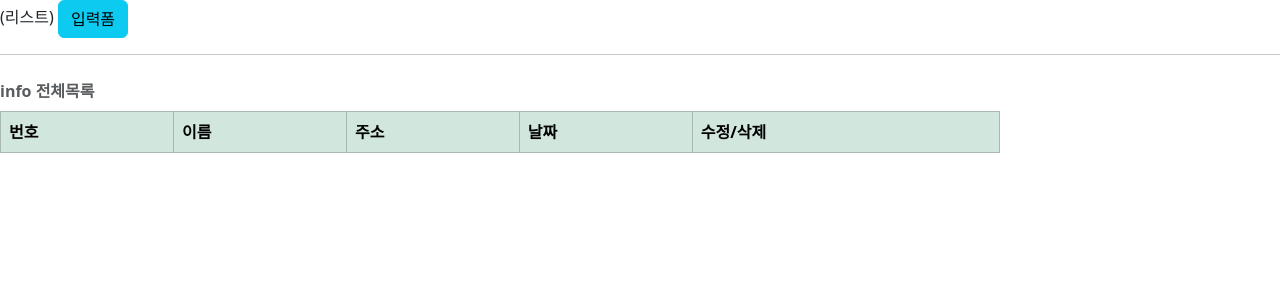
Repository: GANADAG/jspProject
Page: http://localhost/JspProject/info/list.jsp
The author's editor kept a copy of each file at every save. The page is drawn from the files as they stood at one save, then again after the next save.
The browser window is 1280 px wide. The pictures show the whole page.
Some web fonts or font styles are not loaded; a fallback is used. The page is served by Tomcat 9. Other server files are loaded and not shown. Queries for data that is not in the repository find no rows.

Above is the page before, as saved 2024-02-29 05:08:25.

### JspProject/src/main/webapp/info/list.jsp
<%@page import="java.text.SimpleDateFormat"%>
<%@page import="info.model.InfoDto"%>
<%@page import="java.util.Vector"%>
<%@page import="info.model.InfoDao"%>
<%@ page language="java" contentType="text/html; charset=UTF-8"
    pageEncoding="UTF-8"%>
<!DOCTYPE html>
<html>
<head>
<meta charset="UTF-8">
<link href="https://cdn.jsdelivr.net/npm/bootstrap@5.3.2/dist/css/bootstrap.min.css" rel="stylesheet">
<link href="https://fonts.googleapis.com/css2?family=Diphylleia&family=Dongle&family=Noto+Sans+KR:wght@100..900&family=Orbit&family=Stylish&display=swap" rel="stylesheet">
<script src="https://code.jquery.com/jquery-3.7.0.js"></script>

<title>Insert title here</title>
</head>
<%
	InfoDao dao=new InfoDao();
	Vector<InfoDto> list=dao.getAllDatas();
	SimpleDateFormat sdf=new SimpleDateFormat("yyyy년 mm월 dd일");

%>
<body>
(리스트)
	<button type="button" class="btn btn-info"
	onclick="location.href='addform.jsp'">입력폼</button>

	<hr>
	<table class="table table-bordered" style="width:1000px;">
		<caption align="top"><b>info 전체목록</b></caption>
		<tr class="table-success">
			<th wigth="80">번호</th>
			<th wigth="120">이름</th>
			<th wigth="350">주소</th>
			<th wigth="80">날짜</th>
			<th wigth="80">수정/삭제</th>
		</tr>
		<%
		for(int i=0;i<list.size();i++)
		{
		InfoDto dto	=list.get(i);
		%>
			<tr>
			<td align="center"><%=i+1 %></td>
			<td><%=dto.getName() %></td>
			<td><%=dto.getAddr() %></td>
			<td><%=dto.getSdate() %></td>
			<td><%=sdf.format(dto.getSdate()) %><td>
				<button type="button" class="btn btn-info btn-sm" onclick="location.href=''">수정</button>
				<button type="button" class="btn btn-danger btn-sm" onclick="location.href=''">삭제</button>
			</td>

			</tr>
		<%}
		%>
	</table>
</body>
</html>

### JspProject/src/main/java/info/model/InfoDao.java
package info.model;

import java.sql.Connection;
import java.sql.PreparedStatement;
import java.sql.ResultSet;
import java.sql.SQLException;
import java.util.Vector;

import oracle.db.DbConnect;

public class InfoDao {

	DbConnect db=new DbConnect();

	public void infoInsert(InfoDto dto)
	{
		Connection conn=db.getConnection();
		PreparedStatement pstmt=null;

		String sql="insert into info values(seq_1.nextval,?,?,sysdate)";

		try {
			pstmt=conn.prepareStatement(sql);

			//?바인딩 해주기
			pstmt.setString(1, dto.getName());
			pstmt.setString(2, dto.getAddr());

			//업데이트
			pstmt.execute();
		} catch (SQLException e) {
			// TODO Auto-generated catch block
			e.printStackTrace();
		}finally {
			db.dbClose(pstmt, conn);
		}
	}

	//전체데이터 조회
	public Vector<InfoDto> getAllDatas()
	{
		Vector<InfoDto> list=new Vector<InfoDto>();

		Connection conn=db.getConnection();
		PreparedStatement pstmt=null;
		ResultSet rs=null;

		String sql="select * from info order by num";

		try {
			pstmt=conn.prepareStatement(sql);
			rs=pstmt.executeQuery();

			//여러개의 데이타 얻을땐 while
			while(rs.next())
			{
				InfoDto dto=new InfoDto();

				dto.setNum(rs.getString("num"));
				dto.setName(rs.getString("name"));
				dto.setAddr(rs.getString("addr"));
				dto.setSdate(rs.getTimestamp("sdate"));

				//벡터에 추가
				list.add(dto);
			}
		} catch (SQLException e) {
			// TODO Auto-generated catch block
			e.printStackTrace();
		}finally {
			db.dbClose(rs, pstmt, conn);
		}
		return list;
	}
}

### JspProject/src/main/java/oracle/db/DbConnect.java
package oracle.db;

import java.sql.Connection;
import java.sql.DriverManager;
import java.sql.PreparedStatement;
import java.sql.ResultSet;
import java.sql.SQLException;
import java.sql.Statement;

public class DbConnect {

   static final String ORACLEDRIVER="oracle.jdbc.OracleDriver";
   static final String ORACLE_URL="jdbc:oracle:thin:@localhost:1521:XE";



   public DbConnect() {

      try {
         Class.forName(ORACLEDRIVER);
         System.out.println("드라이버성공");
      } catch (ClassNotFoundException e) {
         // TODO Auto-generated catch block
         System.out.println("오라클드라이버 실패"+ e.getMessage());
      }

   }

   public Connection getConnection()
   {
      Connection conn=null;

      try {
         conn=DriverManager.getConnection(ORACLE_URL, "dlguswn", "a1234");
         System.out.println("오라클연결성공");
      } catch (SQLException e) {
         // TODO Auto-generated catch block
         e.printStackTrace();
         System.out.println("오라클연결실패: "+ e.getMessage());
      }

      return conn;

   }
   //close 총 4개 오버로딩
   public void dbClose(ResultSet rs,Statement stmt,Connection conn)
   {

		try {
			 if(rs!=null) rs.close();
			 if(stmt!=null) stmt.close();
			 if(conn!=null) conn.close();
		} catch (SQLException e) {
			// TODO Auto-generated catch block
			e.printStackTrace();
		}
   }

   public void dbClose(Statement stmt,Connection conn)
   {

		try {

			 if(stmt!=null) stmt.close();
			 if(conn!=null) conn.close();
		} catch (SQLException e) {
			// TODO Auto-generated catch block
			e.printStackTrace();
		}
   }

   public void dbClose(ResultSet rs,PreparedStatement pstmt,Connection conn)
   {

		try {
			 if(rs!=null) rs.close();
			 if(pstmt!=null) pstmt.close();
			 if(conn!=null) conn.close();
		} catch (SQLException e) {
			// TODO Auto-generated catch block
			e.printStackTrace();
		}
   }

   public void dbClose(PreparedStatement pstmt,Connection conn)
   {

		try {

			 if(pstmt!=null) pstmt.close();
			 if(conn!=null) conn.close();
		} catch (SQLException e) {
			// TODO Auto-generated catch block
			e.printStackTrace();
		}
   }


}

After the next save:
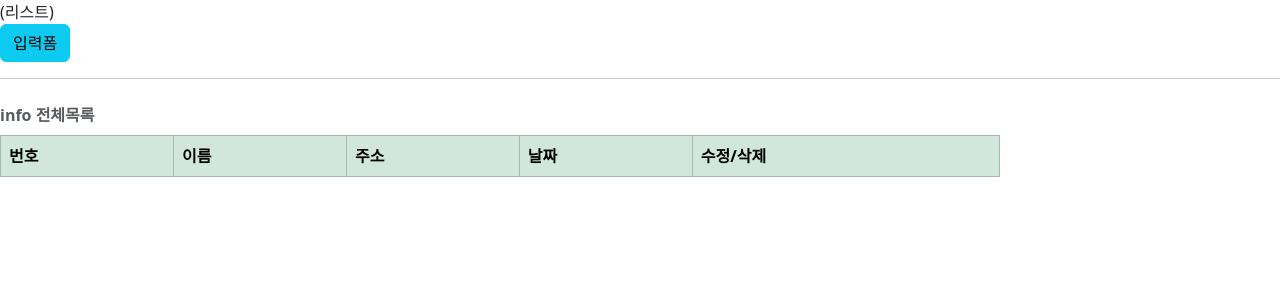
Saved 2 min 9 s later.
--- a/JspProject/src/main/webapp/info/list.jsp
+++ b/JspProject/src/main/webapp/info/list.jsp
@@ -22,6 +22,7 @@
 %>
 <body>
 (리스트)
+	<div>
 	<button type="button" class="btn btn-info"
 	onclick="location.href='addform.jsp'">입력폼</button>
 
@@ -29,7 +30,7 @@
 	<table class="table table-bordered" style="width:1000px;">
 		<caption align="top"><b>info 전체목록</b></caption>
 		<tr class="table-success">
-			<th wigth="80">번호</th>
+			<th wigth="80" >번호</th>
 			<th wigth="120">이름</th>
 			<th wigth="350">주소</th>
 			<th wigth="80">날짜</th>
@@ -44,15 +45,15 @@
 			<td align="center"><%=i+1 %></td>
 			<td><%=dto.getName() %></td>
 			<td><%=dto.getAddr() %></td>
-			<td><%=dto.getSdate() %></td>
+
 			<td><%=sdf.format(dto.getSdate()) %><td>
 				<button type="button" class="btn btn-info btn-sm" onclick="location.href=''">수정</button>
 				<button type="button" class="btn btn-danger btn-sm" onclick="location.href=''">삭제</button>
 			</td>
-
 			</tr>
 		<%}
 		%>
 	</table>
+	</div>
 </body>
 </html>
